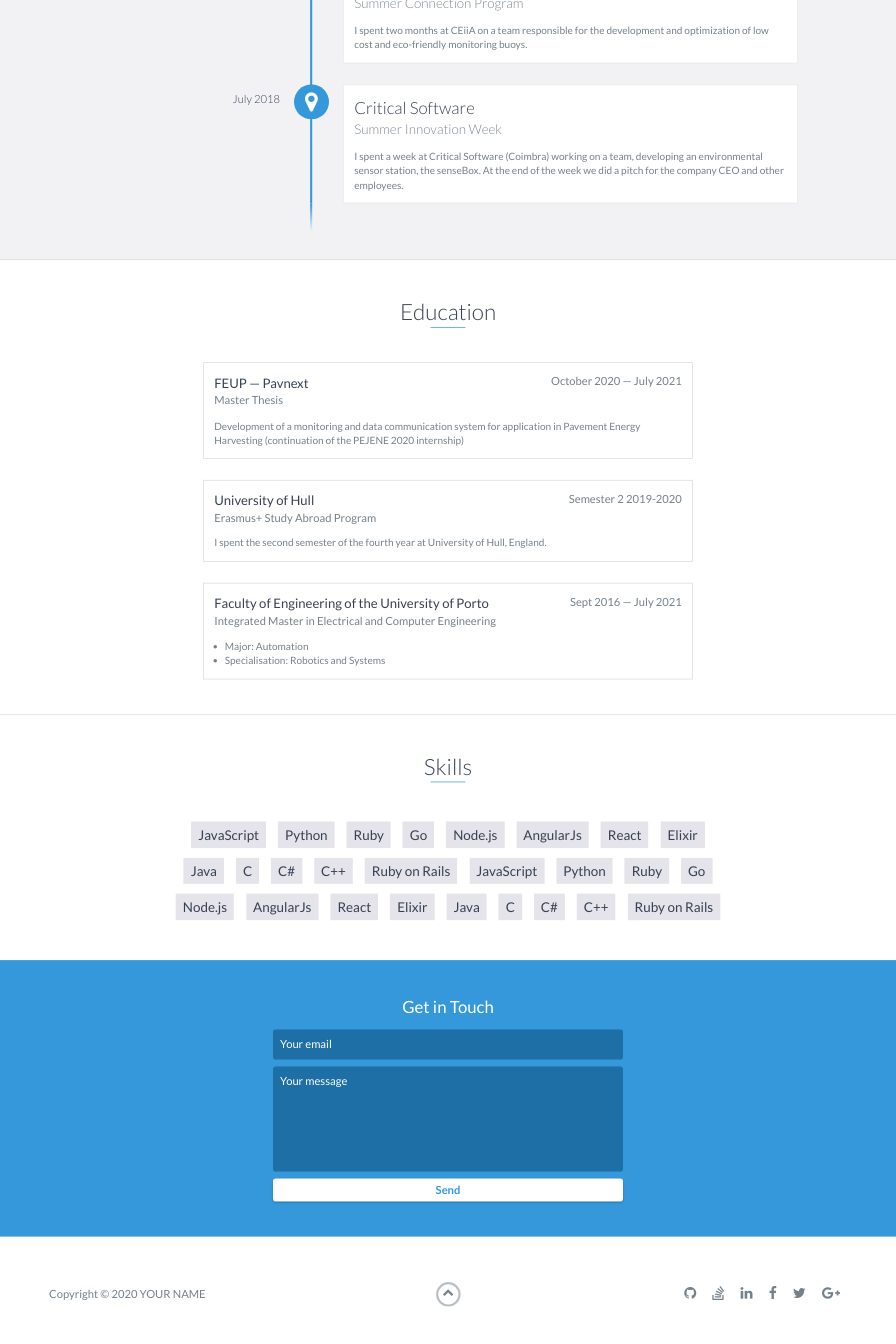
Repository: josegneto/josegneto.github.io
Page: index.html
The author's editor kept a copy of each file at every save. The page is drawn from the files as they stood at one save, then again after the next save.
The browser window is 1280 px wide. The pictures show the part of the page from y = 1431 to 3351 px (the page is 3351 px tall before and 3300 px after), at 70% of full size.

Above is the page before, as saved 2021-11-30 11:38:53.

After the next save:
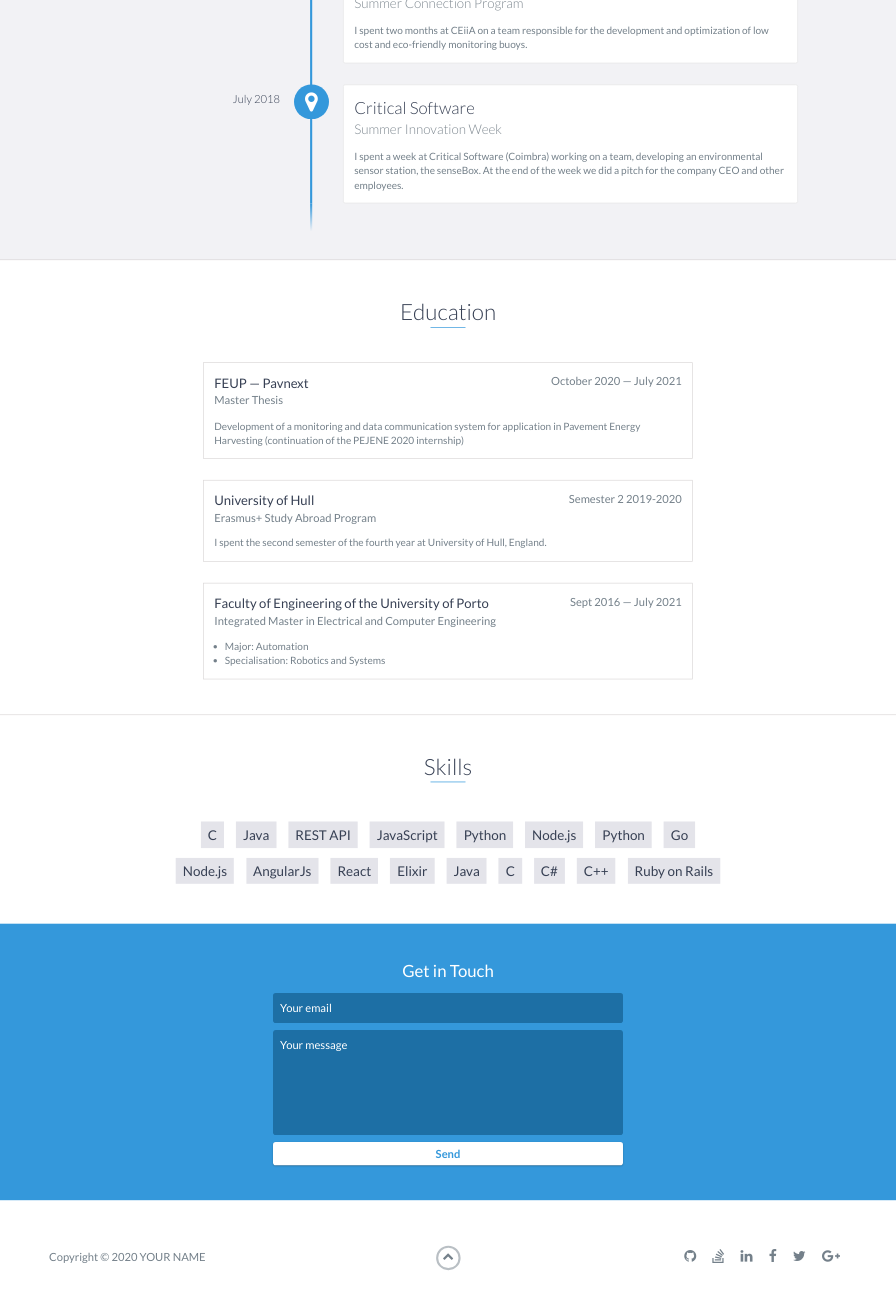
Saved 51 s later.
--- a/index.html
+++ b/index.html
@@ -200,22 +200,15 @@
     <div id="skills">
         <h2 class="heading">Skills</h2>
         <ul>
+            <li>C</li>
+            <li>Java</li>
+            <li>REST API</li>
+
             <li>JavaScript</li>
             <li>Python</li>
-            <li>Ruby</li>
-            <li>Go</li>
             <li>Node.js</li>
-            <li>AngularJs</li>
-            <li>React</li>
-            <li>Elixir</li>
-            <li>Java</li>
-            <li>C</li>
-            <li>C#</li>
-            <li>C++</li>
-            <li>Ruby on Rails</li>
-            <li>JavaScript</li>
+
             <li>Python</li>
-            <li>Ruby</li>
             <li>Go</li>
             <li>Node.js</li>
             <li>AngularJs</li>
